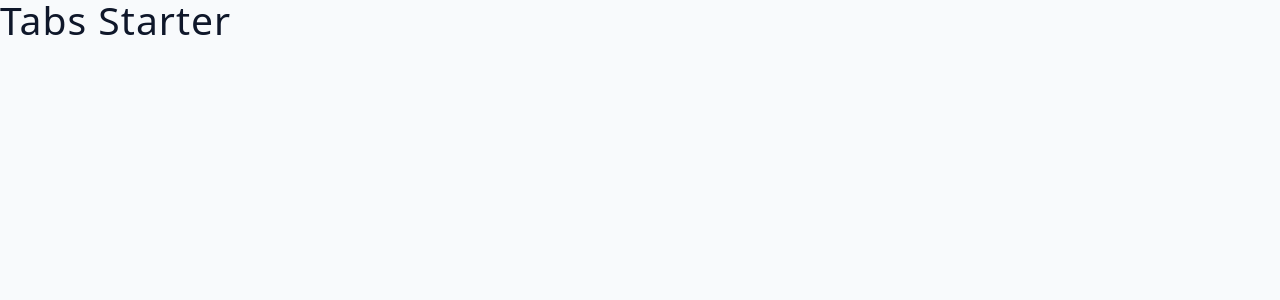
Repository: dydals3440/React-Projects
Page: / (app in 04-fundamental-projects/06-tabs/starter/)
These files come from the project's save history. The page is drawn as it stood at one moment and after the next save; the edit follows.
The browser window is 1280 px wide. The pictures show the whole page.
The page's requests for data from a server got no answer. The project was rebuilt for these pictures with package versions that can differ from the ones it lists, and the page was loaded fresh each time. No one was signed in, and anything a server would have sent is missing. Also part of the build but not shown: 04-fundamental-projects/06-tabs/starter/vite.config.js.

Above is the page before, as saved 2023-09-09 17:10:31.

### 04-fundamental-projects/06-tabs/starter/src/App.jsx
import { useEffect } from 'react';
import { useState } from 'react';

const url = 'https://course-api.com/react-tabs-project';

const App = () => {
  const [isLoading, setIsLoading] = useState(true);
  const [jobs, setJobs] = useState([]);
  // currentItem

  const fetchJobs = async () => {
    const response = await fetch(url);
    const newJobs = await response.json();
    setJobs(newJobs);
    setIsLoading(false);
  };

  useEffect(() => {
    fetchJobs();
  }, []);

  return <h2>Tabs Starter</h2>;
};
export default App;

Loaded but not shown: 04-fundamental-projects/06-tabs/starter/index.html (common file); 04-fundamental-projects/06-tabs/starter/src/main.jsx (common file); 04-fundamental-projects/06-tabs/starter/src/index.css (common file)

After the next save:
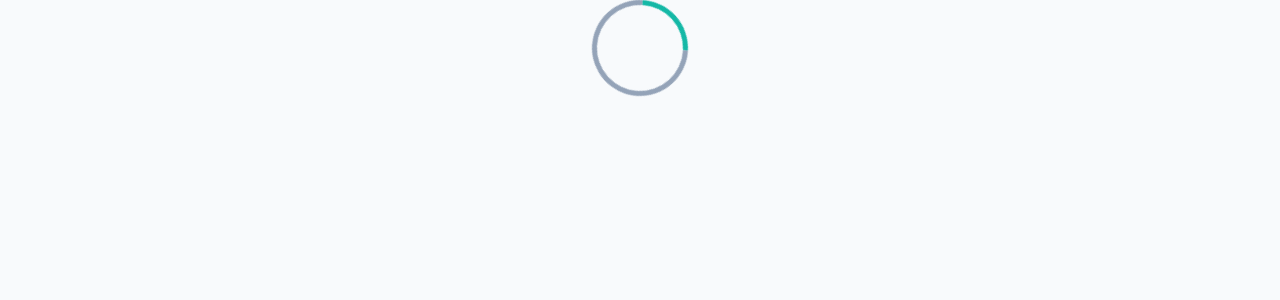
Saved 17 s later.
--- a/04-fundamental-projects/06-tabs/starter/src/App.jsx
+++ b/04-fundamental-projects/06-tabs/starter/src/App.jsx
@@ -19,6 +19,10 @@ const App = () => {
     fetchJobs();
   }, []);
 
+  if (isLoading) {
+    return <div className='loading'></div>;
+  }
+
   return <h2>Tabs Starter</h2>;
 };
 export default App;
